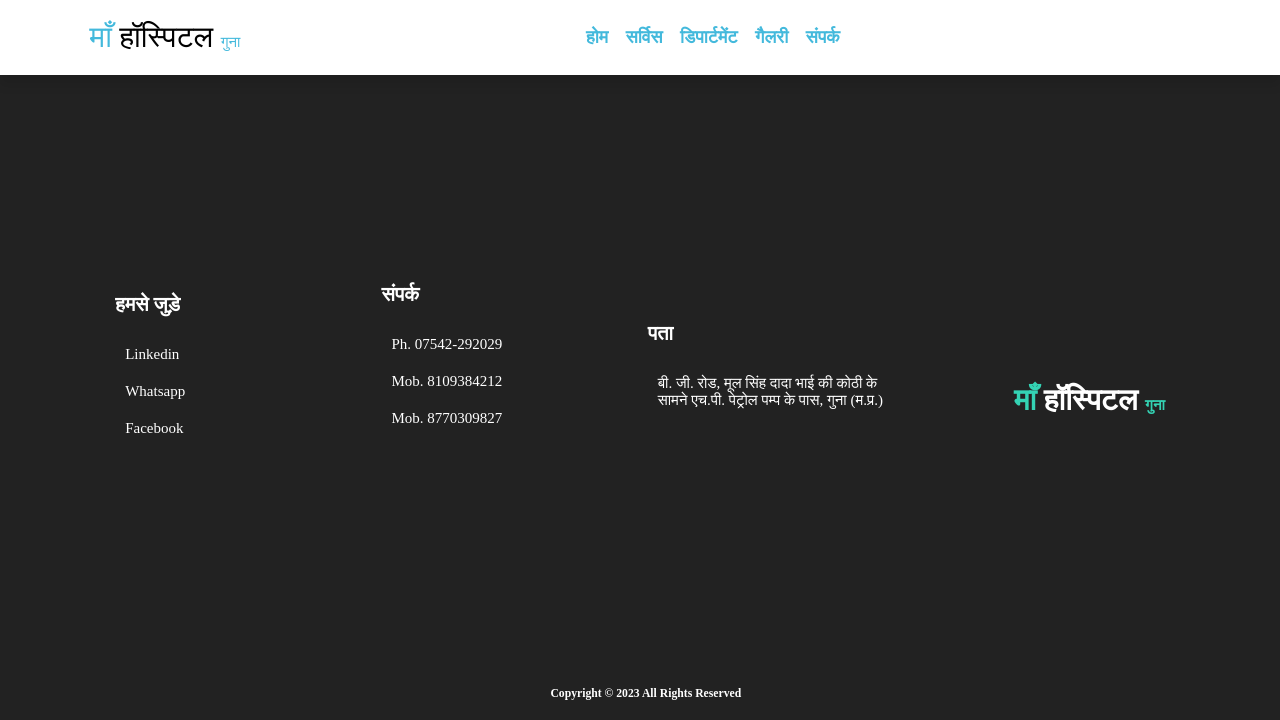
Repository: Aayush919/test
Page: contact.html
These files come from the project's save history. The page is drawn as it stood at one moment and after a run of saves; the edit follows.
The browser window is 1280 px wide. The pictures show the whole page.

Above is the page before, as saved 2023-10-15 20:09:42.

### contact.html
<!DOCTYPE html>
<html lang="en">
<head>
    <meta charset="UTF-8">
    <meta name="viewport" content="width=device-width, initial-scale=1.0">
    <link rel="stylesheet" href="style.css">
    <title>Maa Hospital Contact</title>
</head>
<body>
    <header class="header">
        <a href="#" id="logo"><span>माँ </span> हॉस्पिटल <span id="guna">गुना</span></a>
        <nav class="navbar">
        <a href="/index.html">होम</a>
        <a href="/service.html">सर्विस</a>
        <a href="/depart.html">डिपार्टमेंट</a>
        <a href="/gallery.html">गैलरी</a>
        <a href="/contact.html">संपर्क</a>

        </nav>

    <div class="icons">
        <i class="ri-linkedin-fill"></i>
        <i class="ri-whatsapp-fill"> </i>

    </div>

<a href="#" id="menu_bars" class="fas fa-bars"></a>
    </header>
    <div class="main-footer" id="con">

        <div class="inner-footer">
            <h2>हमसे जुड़े</h2>
          <a href=""> <i class="ri-linkedin-fill loc" > </i>  linkedin  </i>
            </a>
             <a href=""><i class="ri-whatsapp-fill loc"> </i> whatsapp</i>
             </a>
             <a href=""><i class="ri-facebook-box-fill loc"> </i>facebook </i></a>
        </div>



        <div class="inner-footer">
            <h2>संपर्क</h2>
            <a href="#"><i class="ri-phone-line loc"></i> ph. 07542-292029</a>
            <a href="#"> <i class="ri-phone-line loc"></i>Mob. 8109384212</a>
            <a href="#"><i class="ri-phone-line loc"></i>Mob. 8770309827</a>
            <a href="#"></a>
        </div>

        <div class="inner-footer">
            <h2>पता</h2>
           <a href="#">   <i class="ri-map-pin-line  loc" ></i>   बी. जी. रोड, मूल सिंह दादा भाई की कोठी के सामने एच.पी. पेट्रोल पम्प के पास, गुना (म.प्र.)</a>

        </div>

        <h1><span>माँ </span> हॉस्पिटल <span id="guna">गुना</span></h1>
      <h3>Copyright © 2023 All rights reserved</h3>


    </div>
</body>
</html>

### style.css
@import url('https://fonts.googleapis.com/css2?family=Roboto:wght@100;300;400;500;700&display=swap');
:root{
    --fontcolor:#43b9dc;
    --backgroundcolor:#34d3b4;
}
*{
    margin: 0;
    padding: 0;
    font-family:gilroy;
    box-sizing: border-box;
    transition: all .2s linear;
    text-transform: capitalize;
    text-decoration: none;
}
html{
    font-size: 62.5%;
    overflow-x: hidden;
    scroll-behavior: smooth;
}
header{
    position: fixed;
    top: 0;
    left: 0;
    right: 0;
    padding: 2rem 7%;
    display: flex;
    justify-content: space-between;
    align-items: center;
    background:white;
    box-shadow: 0 1rem 1rem rgb(0, 0, 0, .1);
    z-index: 10000000;
}
#guna{
    font-size: 15px;

}
header #logo{
    font-size: 3rem;
    color: black;
}
header #logo span{
    color: var(--fontcolor);
}
header .navbar a{
    font-weight: 600;
    font-size: 1.8rem;
    color: var(--fontcolor);
    margin-left: 1.5rem;
}
.icons i{
font-size: 2rem;
color: var(--fontcolor);
margin-left: 1rem;
}
header #menu_bars{
    font-size: 2rem;
    color: var(--fontcolor);
    display: none;
}
header .navbar.active{
    left: 0;
    transition: .5s;
}
.main-image{

    background-repeat: no-repeat;
    background-size: cover;
    background-position: center;
    width: 100%;
    margin-top: 75px;
    height: 100vh;
}
.container{
    background: url("./images/headerimage.jpg");
    width: 100%;
    padding-top: 8.5rem;
    background-position: center;
    background-size: cover;
    background-repeat: no-repeat;
    height: 100vh;
}
.container .main-text{
    width: 50%;
    position: absolute;
    top: 200px;
    padding: 0 2rem;
    text-align: center;
}
.container .main-text h2{
    font-size:3.5rem;
    color: #fff;
    padding-bottom: 1.5rem;
}
.container .main-text button{
    padding: 1.5rem 3.5rem;
    background: #3FC1D1;
    color: white;
    border: none;
    border-radius:1px;

    font-weight: 700;
}
.service-section{
    padding: 2rem 7%;
    background: linear-gradient(#43b9dc, #34d3b4);
    min-height: 50vh;
}
#ourservices{
    color: #111;
    font-size: 30px;
    padding: 2rem 0;
    text-align: center;
}
.inner-service-section{
    display: flex;
    flex-wrap: wrap;
    gap: 15px;
    justify-content: center;
    text-align: center;
}
.service-box{
    flex: 1 1 200px;
    padding: 5rem 0;
    box-shadow: 0 1rem 1rem rgba(0, 0, 0, .1);
}
.service-box img{
    color: white;
     height: 10rem;
    padding: .5rem 0;
}

.service-box h2{
    color: #fff;
    font-size: 1.8rem;
    padding: 1rem 0;
}
.service-box p{
    color: white;
    font-size: 1.5rem;
    padding: 0 1rem;
}
.work-section{
    padding: 4rem 7%;
    display: grid;
     grid-template-columns: 2fr 1fr;
     display: flex;
    justify-content: center;
     width: 100%;


}
.inner-work-section img{
    width:  80rem;
    border: 2px solid #34d3b4;
    margin-top: 10px;
}


.inner-work-section h2{
    font-size: 2rem;
    padding: .5rem 0;

}
.inner-work-section h2 span{
    color:#34d3b4;

}
.scnclass{
    padding: 0 1rem;
}
.myimages{
    display: grid;
    grid-template-columns: 1fr 1fr;
    padding-top: 1rem;
}
.btn{
    padding: 1rem 3rem;
    background: var(--backgroundcolor);
    border-radius: 15px;
   display: inline-block;
   color: white;
   font-size: 18px;
   margin-top: 5px;
}
.creative-text{
    padding: 2rem 0;
}
.depart{
    background: var(--backgroundcolor);
    min-height: 85vh;
    padding: 2rem 9%;
}
.depart h1{
    color:#111;
    display: flex;
    align-self: center;
    justify-content: center;
    font-size: 2rem;
}

/* .galleryheading{ */
    /* color: #111;
    padding: 2rem 0;
    text-align: center;
    font-size: 20px;
}
.galleryheading span{
    color: var(--fontcolor);
}
.main-gallery .gallery-box{
    flex: 1 1 300px;
}
.main-gallery{
    display: flex;
    flex-wrap: wrap;
    gap: 15px;
}
.gallery-box img{
    width: 100%;
} */
.ourteam-section{
    padding: 7rem;
}
.ourteam-section h2{
    padding: 2rem;
    font-size: 3rem;
    text-align: center;
}
.ourteam-section h2 span{
    color: var(--fontcolor);
}
.ourteam-inner{
    display: flex;
    /* flex-wrap: wrap; */
    text-align: center;
    gap: 15px;
}
.ourteam-inner .section-box{
    flex: 1 1 250px;
}
.ourteam-inner .section-box img{
    width: 100%;
}
.section-box h3{
    padding: 1rem 0;
    font-size: 2rem;
}
.team-social-links i{
    color: var(--fontcolor);
    font-size: 2rem;
    padding:1rem 0;
}
.main-footer{
    display: flex;
    flex-wrap: wrap;
    justify-content: space-between;
    background: #222;
    padding: 2rem 9%;
    /* height: 70vh; */
}
.inner-footer{
    flex: 1 1 200px;
}
.inner-footer h2{
    color: white;
    font-size: 2rem;
    padding: 2rem 0;
}
.inner-footer a{
    display: block;

    color: white;
    font-size: 1.5rem;
    padding: 1rem;
}












@media (max-width:768px) {
    html{
        font-size: 50%;
    }
    header #menu_bars{
        display: initial;
    }

    header .navbar{
        position: absolute;
        top: 100%;
        left: 100%;
        right: 0;
        background: var(--backgroundcolor);
        height: 100vh;
        text-align: center;

    }
    header .navbar a{
        display: block;

        background: white;
        margin-top: 1rem;
        padding: 2rem;
        width: 90%;
        border-radius: 10px;
    }
    .container .main-text{
        width: 70%;
        padding: 0 ;
    }
   .work-section{
       display: grid;
       grid-template-columns: 1fr;

   }
   .myimages img{
       width: 100%;
   }
   .btn{
       display: block;
   }
   .inner-work-section h2{
    font-size:1.2rem;
   display: flex;
   flex-wrap: wrap;
   align-self:center;
   justify-content: center;
}

.depart{
    background: var(--backgroundcolor);
    min-height:65vh;
    padding: 2rem 9%;
}

.depart h1{
    color:#111;
    display: flex;
    align-self: center;
    justify-content: center;
    font-size: 1.9rem;
}
.ourteam-inner{
    display: flex;
    flex-wrap: wrap;
    text-align: center;
    gap: 15px;
}
.ourteam-section h2{
    padding: 2rem;
    font-size: 2.7rem;
    text-align: center;
}
.inner-work-section img{
    width: 35rem;
    border: 2px solid #34d3b4;
    margin-top: 10px;
}
.inner-work-section h2{
    font-size:1rem;
   display: flex;
   flex-wrap: wrap;
   align-self:center;
   justify-content: center;
}


.container .main-text h2{
    font-size:3rem;
    color: #fff;
    padding-bottom: 1.5rem;
}

.container{
    background: url("./images/headerimage.jpg");
    width: 100%;
    padding-top: 8.5rem;
    background-position: center;
    background-size: cover;
    background-repeat: no-repeat;
    height: 93vh;
}
}

/*
.gallery{
    display: grid;
    grid-template-columns: repeat(3, 1fr);
    gap: 1vh;
    margin-inline: auto;
    max-width: 70rem;

    background: #141414;
    background: var(--backgroundcolor);
    padding: 1vh;
}

 .gallery > img{
    width: 100%;
    aspect-ratio: 1 / 1;
    object-fit: cover;
    transition: all 0.3s ease;
    border-radius:2px;

}

.gallery:has(img:hover) img:not(:hover) {
    scale: 0.8;
    opacity: 0.5;
    filter: grayscale(70%);
}
 */


#keyservice {
    padding-top: 4vw;
    padding-left: 2vw;
    font-family: g-r;
    /* background-color: crimson; */
    height: 55vh;
    display: flex;
    justify-content: space-between;
}

#keyservice h3 {
    color: #ffffff;
    display: flex;
    cursor: pointer;
    font-family: g-r;
    font-weight: 300;
    font-size: 1.5rem;

     line-height: 2rem;

}

#keyservice h3:hover {
    color: yellow;
    font-weight: 500;
}

#keyservice h3 span {
    color: #ffffff;
    margin-right: 4px;
}

#keyservice h3 a {
    text-decoration: none;
    color: #fff;
}

#keyservice h3 a:hover {
    color: yellow;
}

#bx1 {
    /* background-color: #77b9d7; */
    height: 40vh;
    display: flex;
    flex-direction: column;
    justify-content: space-between;
    width: 45%;
    border-right: 2px solid white;
}

#bx2 {
    height: 40vh;
    display: flex;
    flex-direction: column;
    justify-content: space-between;
    /* height: 25.5vh; */
    width: 50%;
    /* background-color: #9477d7; */
}

section-container {
    min-height: 100vh;
    /* background: #34d3b4; */
    margin: auto;
    /* padding: 20px; */
    display: flex;
    align-items: center; /* Align the scroll icon vertically */
    /* margin-top: 40px; */
  }

  .product-list-container {
    position: relative;
    overflow-x: auto;
    white-space: nowrap;
    scrollbar-width: thin;
    scrollbar-color: #333 #ccc;
    cursor: pointer;
  }

  .product-list {
    display: flex;
    flex-direction: row;
  }

  .product-card {
    position: relative;
    flex: 0 0 auto;
      width:300px;
      height: 300px;
    margin: 15px;
    padding: 20px;
    box-shadow: 0 4px 8px rgba(0, 0, 0, 0.2);
    border-radius: 8px;
        background: #fff;
  }


.product-card img{
    width: 100%;
    height: 100%;
}

  /* Style scrollbar for Chrome, Safari, and Opera */
  .product-list-container::-webkit-scrollbar {
    width: 5px;
    height: 5px;
  }

  .product-list-container::-webkit-scrollbar-thumb {
    background: #333;
  }

  .product-list-container::-webkit-scrollbar-thumb:hover {
    background:#34d3b4;
  }

  .gallery{
    min-height: 80vh;
    background-color:#34d3b4;
    padding: .5rem;
    overflow: hidden;

  }

  .gallery h1{
    display: flex;
    align-self:center;
    justify-content: center;
    font-size: 2rem;
    margin-bottom: 2rem;
    margin-top: 2rem;
  }


  #page6 {
    position: relative;
    height: 70vh;
    width: 100%;
    /* background-color: violet; */
}

.buttonsss {
    position: absolute;
    height: 3vw;
    border-radius: 50%;
    width: 3vw;
    z-index: 9;
    display: flex;
    align-items: center;
    justify-content: center;
    background-color: #fff;
    box-shadow: 0 0 10px #464548;
}

.buttonsss i {
    font-size: 1.5vw;
    font-weight: 900;
}

#buttonsss1 {
    top: 50%;
    left: 5%;
}

#buttonsss2 {
    top: 50%;
    left: 92%;
}

#headingwords {
    /* position: relative; */
    height: 10vh;
    font-size: 1vw;
    padding: 1vw 5vw;
    width: 100%;
    display: flex;
    align-items:center;
    justify-content: center;
    /* background-color: wheat; */
}

#headingwords span{
    color:#34d3b4;
}
#slideboxtestimonial {
    position: relative;
    height: 55vh;
    width: 100vw;
    display: flex;
    /* background-color: blue; */

}

#testimonialsSlide {
    position: absolute;
    height: 55vh;
    width: 700vw;
    display: flex;
    /* background-color: blue; */
}

.sll {
    height: 55vh;
    width: 100vw;
    display: flex;
    justify-content: center;
    gap: 5vw;
    position: relative;
}

#imboxdown {
    position: absolute;
    top: 60%;
    display: flex;
    align-items: center;
    flex-direction: column;
    left: 70%;
    gap: .6vw;
}

.sll1 {
    position: relative;
    height: 55vh;
    width: 37vw;
    gap: 2vw;
    display: flex;
    flex-direction: column;
    padding: 2vw 2vw;
    /* background-color: yellow; */
}

.sll2 {
    position: relative;
    height: 55vh;
    width: 37vw;
    gap: 2vw;
    display: flex;
    flex-direction: column;
    padding: 2vw 2vw;
    /* background-color: yellow; */
}

#paraoftestimonial {
    font-size: 1.4vw;
    line-height: 2.5vw;
}

#imbox {
    height: 7vw;
    width: 7vw;
    display: flex;
    border-radius: 50%;
    overflow: hidden;
    background-color: #357df1;
}

#imbox img {

    /* display: flex; */
    object-fit: contain;
}

#slider {
    width: 100%;
    display: flex;
    align-items: center;
    justify-content: center;
    height: 2.3vw;
    /* background-color: tomato; */
}

#movingslider {
    position: relative;
    height: 4.5vh;
    /* box-shadow: 0 0 10px #222223; */
    width: 15vw;
    display: flex;
    align-items: center;
    justify-content: space-between;
    /* background-color: turquoise; */
}

#pointsliderdiv {
    box-shadow: 0 0 4px #4c4c4e;
    position: absolute;
    height: .6vw;
    width: .6vw;
    z-index: 9;
    border-radius: 50%;
    background-color: #4c8ef7;
}

.points {
    position: absolute;
    height: .6vw;
    width: .6vw;
    background-color: #c2bfbf;
    border-radius: 50%;
}

#point1 {
    left: 0%;
}

#point2 {
    left: 14%;
}

#point3 {
    left: 28%;
}

#point4 {
    left: 42%;
}

#point5 {
    left: 56%;
}

#point6 {
    left: 70%;
}

#point7 {
    left: 84%;
}
.main-footer h3{
    position: absolute;
   display: flex;
  left: 43%;
   align-self:flex-end;
    color:#fff;
}



@media (max-width:768px){
    .main-footer h1{

       color:#fff;
    transform: translate(-55px,-50px);
       font-size: 3rem;

   }
   .main-footer h3{
    position: absolute;
   display: flex;
  left: 20%;
   align-self:flex-end;
    color:#fff;
}
    #page6 {
        position: relative;
        height: 55vh;
        width: 100%;
        overflow: hidden;


    }

    #headingwords h1 {
        scale: 2;
        margin-left: 10vw;
        margin-top: 5vw;

    }

    .buttonsss {
        position: absolute;
        height: 3vw;
        border-radius: 50%;
        width: 3vw;
        z-index: 9;
        display: flex;
        align-items: center;
        justify-content: center;
        background-color: #fff;
        box-shadow: 0 0 10px #464548;
        scale: 2;
        padding-left: -1vw;
        padding-top: .5vw;
    }

    .buttonsss i {
        scale: 1.5;
        font-size: 2.5vw;
        font-weight: 900;
    }

    #buttonsss1 {
        top: 50%;
        left: 5%;
        padding-right: .3vw;
        padding-top: .5vw;
    }

    #buttonsss2 {
        top: 50%;
        left: 92%;
    }

    #headingwords {
        /* position: relative; */
        height: 10vh;
        font-size: 1.5vw;
        padding: 1vw 5vw;
        width: 100%;
        /* background-color: wheat; */
    }

    #slideboxtestimonial {
        position: relative;
        height: 55vh;
        width: 100vw;

        display: flex;
        /* background-color: blue; */

    }

    #testimonialsSlide {
        position: absolute;
        height: 42vh;
        width: 700vw;
        display: flex;
        /* background-color: blue; */
    }

    .sll {
        height: 40vh;
        /* background-color: red; */
        width: 100vw;
        display: flex;
        justify-content: center;
        gap: 5vw;
        position: relative;
    }

    #imboxdown {
        position: absolute;
        top: 60%;
        display: flex;
        align-items: center;
        flex-direction: column;
        left: 70%;
        gap: .6vw;
    }

    .sll1 {
        position: relative;
        height: 38vh;
        width: 37vw;
        gap: 2vw;
        display: flex;
        flex-direction: column;
        padding-top: 10vw;
        padding-left: 9vw;
        /* background-color: yellow; */
    }

    .sll2 {
        position: relative;
        height: 38vh;
        width: 37vw;
        gap: 2vw;
        display: flex;
        flex-direction: column;
        padding-top: 10vw;
        padding-left: 9vw;
        /* background-color: yellow; */
    }

    #paraoftestimonial {
        font-size: 1.4vw;
        line-height: 2vw;
        scale: 2.2;
        width: 60%;

        /* background-color: #00436a; */
    }

    #imbox {
        height: 7vw;
        width: 7vw;
        display: flex;
        border-radius: 50%;
        overflow: hidden;
        background-color: #357df1;
        scale: 1.5;
    }

    #imbox img {
        /* display: flex; */
        object-fit: contain;
        /* scale: 1.5; */
    }

    #imboxdown {
        /* background-color: tomato; */
        margin-left: -20vw;
        margin-top: 5vw;
    }

    #imboxdown h3 {
        margin-top: 2vw;
        scale: .7;
    }

    #slider {
        position: absolute;
        top: 95%;
        width: 100%;
        display: flex;
        align-items: center;
        justify-content: center;
        height: 2.3vw;
        /* background-color: tomato; */
        scale: 2;
    }

    #movingslider {
        position: relative;
        height: 4.5vh;
        /* box-shadow: 0 0 10px #222223; */
        width: 15vw;
        display: flex;
        align-items: center;
        justify-content: space-between;
        /* background-color: turquoise; */
    }

    #pointsliderdiv {
        box-shadow: 0 0 4px #4c4c4e;
        position: absolute;
        height: .6vw;
        width: .6vw;
        z-index: 9;
        border-radius: 50%;
        background-color: #4c8ef7;
    }

    .points {
        position: absolute;
        height: .6vw;
        width: .6vw;
        background-color: #c2bfbf;
        border-radius: 50%;
    }

    #point1 {
        left: 0%;
    }

    #point2 {
        left: 14%;
    }

    #point3 {
        left: 28%;
    }

    #point4 {
        left: 42%;
    }

    #point5 {
        left: 56%;
    }

    #point6 {
        left: 70%;
    }

    #point7 {
        left: 84%;
    }

}

.inner-footer a .loc{
   position: absolute;
   transform: translateX(-25px);
}

.main-footer {
    overflow: hidden;
}
.main-footer h1{
     margin-top: 80px;
    color:#fff;
    margin-left: 100px;
    font-size: 3rem;

}

.main-footer h1 span{
    color:#34d3b4;


}

#con{
    height: 100vh;
    display: flex;
    align-items: center;
}
  @media screen and (max-width: 600px) {
    .product-card {
      width: 90%;
      margin: 10px;
    }
  }

After the next 3 saves:
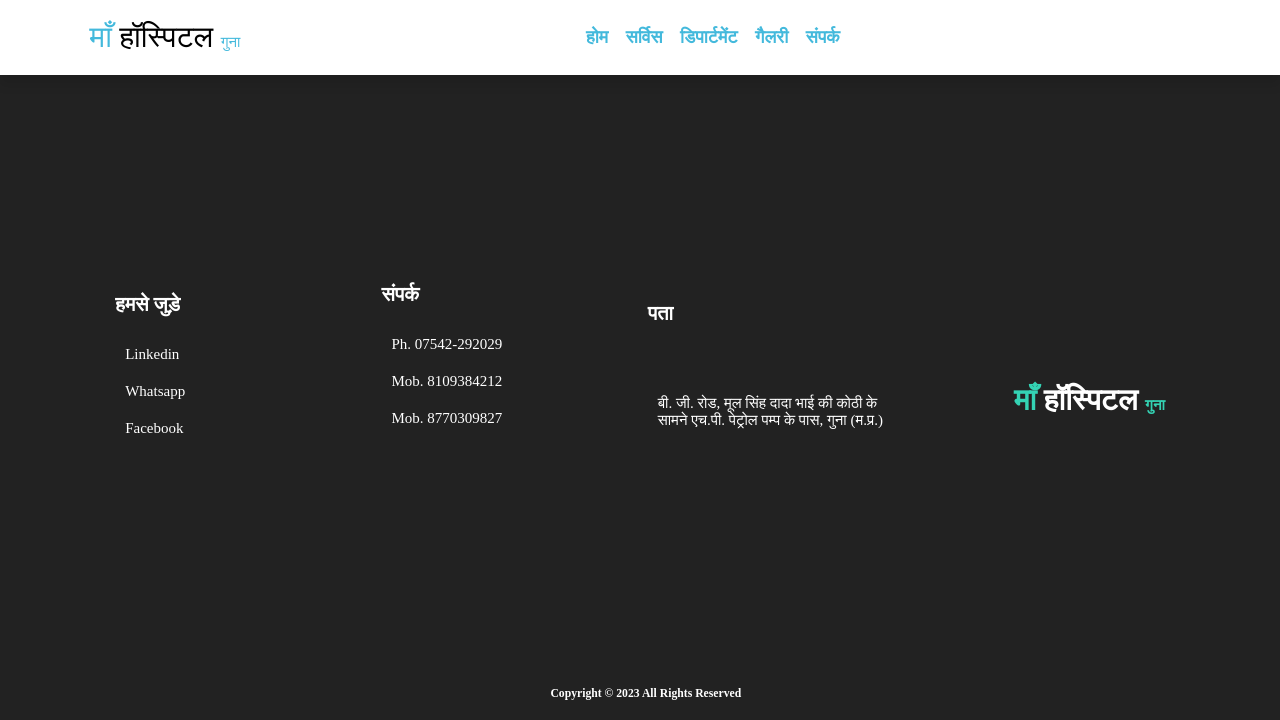
The 3 saves are shown as one change because they came seconds apart.
The last was saved 26 s later.
--- a/contact.html
+++ b/contact.html
@@ -49,6 +49,8 @@
 
         <div class="inner-footer">
             <h2>पता</h2>
+            <a href=""></a>
+            <a href=""></a>
            <a href="#">   <i class="ri-map-pin-line  loc" ></i>   बी. जी. रोड, मूल सिंह दादा भाई की कोठी के सामने एच.पी. पेट्रोल पम्प के पास, गुना (म.प्र.)</a>
 
         </div>
